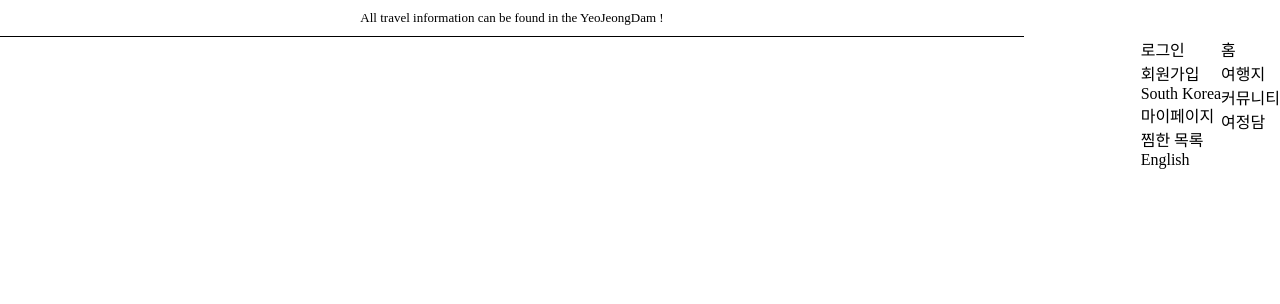
Repository: gaeunlee95/semi
Page: http://localhost/semi/main.jsp
These files come from the project's save history. The page is drawn as it stood at one moment and after the next save; the edit follows.
The browser window is 1280 px wide. The pictures show the whole page.
The page is served by Tomcat 9.

Above is the page before, as saved 2023-12-06 08:24:14.

### semi/src/main/webapp/main.jsp
<%@ page language="java" contentType="text/html; charset=UTF-8"
    pageEncoding="UTF-8"%>
<!DOCTYPE html>
<html>
<head>
<meta charset="UTF-8">
<title>메인 페이지</title>
<link rel="stylesheet" href="resources/css/style.css">
<style>
/* *{
	color: blue;
} */
</style>
</head>
<body>
	<jsp:include page="header.jsp" />
</body>
</html>

### semi/src/main/webapp/header.jsp
<%@ page language="java" contentType="text/html; charset=UTF-8"
    pageEncoding="UTF-8"%>
<%@ taglib uri="http://java.sun.com/jsp/jstl/core" prefix="c" %>
<header>
	<div id="welcome">
		<p>All travel information can be found in the YeoJeongDam !</p>
	</div>
	<nav id="main_nav1">
		<ul id="topMenu">
			<li>홈</li>
			<li>여행지</li>
			<li>커뮤니티</li>
			<li>여정담</li>
		</ul>
	</nav>
	<nav id ="main_nav2">
		<ul id="sideMenu">
			<li>로그인</li>
			<li>회원가입</li>
			<li>South Korea</li>
			<li>마이페이지</li>
			<li>찜한 목록</li>
			<li>English</li> <!-- 스크롤로 언어(영어/한국) 선택 -->
		</ul>
	</nav>





  <%-- <nav>
  <c:choose>
    <c:when test="${empty sessionId}">
	    <ul id="topMenu">
	  	  <li><a href="/loginform.do">로그인</a></li>
	  	  <li><a href="/joinform.do">회원가입</a></li>
	  	  <li><a href="/boardlist.do">게시판</a></li>
	  	  <li><a href="/memberlist.do">회원목록</a></li>
	  	</ul>
    </c:when>
    <c:otherwise>
    	<ul id="topMenu">
	  	  <li><a href="/logout.do">(${sessionId}님)로그아웃</a></li>
	  	  <li><a href="/memberview.do?id=${sessionId}">나의 정보</a></li>
	  	  <li><a href="/boardlist.do">게시판</a></li>
	  	  <li><a href="/memberlist.do">회원 목록</a></li>
	  	</ul>
    </c:otherwise>
   </c:choose>
  </nav> --%>
</header>

### semi/src/main/webapp/resources/css/style.css
@charset "UTF-8";
/* 공통 스타일 */
*{margin: 0; padding: 0;}
#container{width: 1024px; margin: 30px auto 100px;}
ul li{list-style: none;}
a{text-decoration: none;}
/* header 스타일 */
header{
	margin: 0 auto;
}
header #welcome{
	width : 1024px;
	text-align: center;
	border-bottom: 1px solid black;
}
header #welcome p{
	padding: 10px 0;
	font-size: 13px;
}
header nav{
	float:right

}
header nav #main_nav1{
	width: 700px;
};
header nav #main_nav2{
	width: 324px;
}


/*
 header 스타일
header{height: 80px; background: #0077cc;}
header #logo{width: 250px; float: left; line-height: 80px;}
#logo h1 a{color: greenyellow; padding-left: 24px; font-style: italic;}
#logo h1 a:hover{color: #eee;}
header nav{width: 900px; float: right;}
#topMenu{line-height: 80px; padding-left: 150px;}
#topMenu li{float: left; margin: 0 20px;}
#topMenu li a{color: #eee; padding: 0 20px;}
#topMenu li a:hover{color: #444;}

 main 스타일
#main{width: 1000px; height: 600px; margin: 40px auto;}
#main h1{color: blue; font-style: italic; padding: 20px 60px;}
#main .main_img{margin: 16px 30px; float: left;}
#main .main_img img{border-radius: 5px;}
#main .newboard{margin: 20px;}
#main .newboard h3{margin: 20px;}
#main .newboard p{line-height: 2.5;}


 footer 스타일
footer{height: 80px; border-top: 2px solid #222; clear: both;}
#bottomMenu{margin: 10px 20px;}
#bottomMenu li{float: left; margin: 10px 0; padding: 0 10px;
	border-right: 1.5px solid #ccc;}
#bottomMenu li a{color: #444;}
#bottomMenu li:last-child{border: none;}

 회원 목록 스타일
#memberlist{width: 700px; margin: 20px auto;}
#memberlist .logout{text-align: right;}
#memberlist table{width: 700px; margin: 20px auto;}
#memberlist table, th, td{border: 1px solid #ccc;
  border-collapse: collapse; text-align: center;}
table th, td{padding: 10px;}
table thead{background: #eee;}
*/
/* 회원 가입 스타일 */
#join{width: 500px; margin: 20px auto;}
#join form{margin: 20px auto;}
form ul li{margin: 20px;}
form .button{margin-top: 16px;}
form .button button{padding: 5px;}
form label{width: 120px; float: left; padding-left: 20px;}
form input{padding: 5px;}

/* 회원 정보 스타일 */
#memberview{width: 460px; margin: 20px auto;}
#memberview table{width: 460px; margin: 20px auto;}
#memberview table, th, td{border: 1px solid #ccc;
  border-collapse: collapse; text-align: center;}
table th, td{padding: 10px;}
#memberview button{padding: 5px;}
/*
 login 스타일
#login {width: 400px; margin: 30px auto 100px;}
#login form{margin: 30px auto;}
#login form ul li{margin: 30px;}
#login .error{color: #e00; margin-top: 16px; font-size: 0.9em}
#login button{width: 100%; padding: 10px 0;}

 게시글 목록 스타일
#boardlist{width: 700px; margin: 20px auto;}
#boardlist table{width: 700px; margin: 20px auto;}
#boardlist table, th, td{border: 1px solid #ccc;
  border-collapse: collapse; text-align: center;}
table th, td{padding: 10px;}
table thead{background: #eee;}
#boardlist button{padding: 10px;}

 글쓰기 스타일
#writeform{width: 550px; margin: 20px auto;}
#writeform table{width: 550px; margin: 20px auto;}
#writeform table, th, td{border: 1px solid #ccc;
  border-collapse: collapse; text-align: center;}
table th, td{padding: 10px;}
table thead{background: #eee;}
#writeform input{width: 540px; height: 25px; padding: 5px;}
#writeform textarea{width: 540px; height: 300px; padding: 5px;}
#writeform button{padding: 5px;}

 글 상세보기 스타일
#board_view{width: 550px; margin: 20px auto;}
#board_view table{width: 550px; margin: 20px auto;}
#board_view table, th, td{border: 1px solid #ccc;
  border-collapse: collapse; text-align: center;}
table th, td{padding: 10px;}
table thead{background: #eee;}
#board_view input{width: 540px; height: 25px; padding: 5px;}
#board_view textarea{width: 540px; height: 300px; padding: 5px;}
#board_view button{padding: 5px;}

 댓글 영역 스타일
#board_view h3{
	margin-bottom: 12px;
	color: #444;
}
#board_view .reply{
	border-top: 1px dotted #ccc;
}
#board_view .reply p{
	margin: 10px 0;
	font-size: 0.9em;
	color: #444;
}

 댓글 내용 - 줄바꿈하기 : white-space:pre-line
#board_view .reply p:nth-of-type(1){
	white-space: pre-line; white-space (enter)하면 줄바꿈;
	line-height: 1.5;
}
#replyform textarea{
	height: 100px;
}
#replyform button{
	margin-top: 6px;
}
.replylogin{
	background-color: #eee;
	margin: 10px 0;
	padding: 16px;
	text-align: center;
	border-radius: 5px;
}
.replylogin a{
	color:blue;
}
.replylogin a:hover{
	text-decoration: underline;
}*/

After the next save:
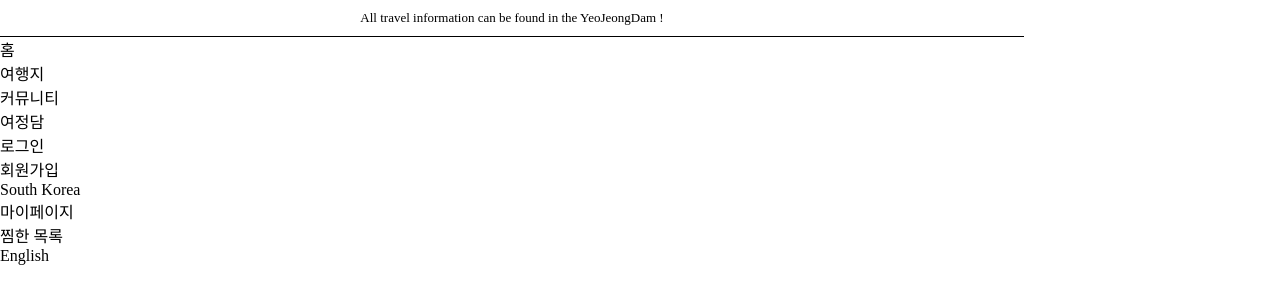
Saved 103 s later.
--- a/semi/src/main/webapp/resources/css/style.css
+++ b/semi/src/main/webapp/resources/css/style.css
@@ -19,7 +19,7 @@
 }
 header nav{
 	float:right
-
+	height: 80px;
 }
 header nav #main_nav1{
 	width: 700px;

After the save that followed:
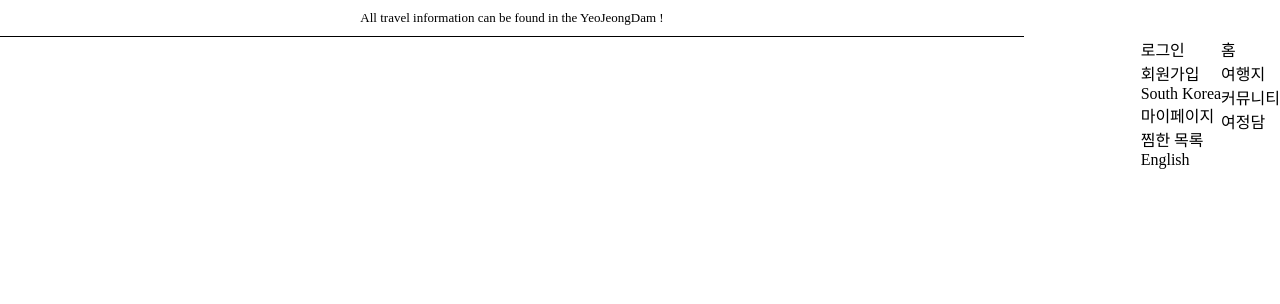
Saved 26 s later.
--- a/semi/src/main/webapp/resources/css/style.css
+++ b/semi/src/main/webapp/resources/css/style.css
@@ -18,8 +18,8 @@
 	font-size: 13px;
 }
 header nav{
-	float:right
-	height: 80px;
+	float:right;
+	hegiht: 80px;
 }
 header nav #main_nav1{
 	width: 700px;
